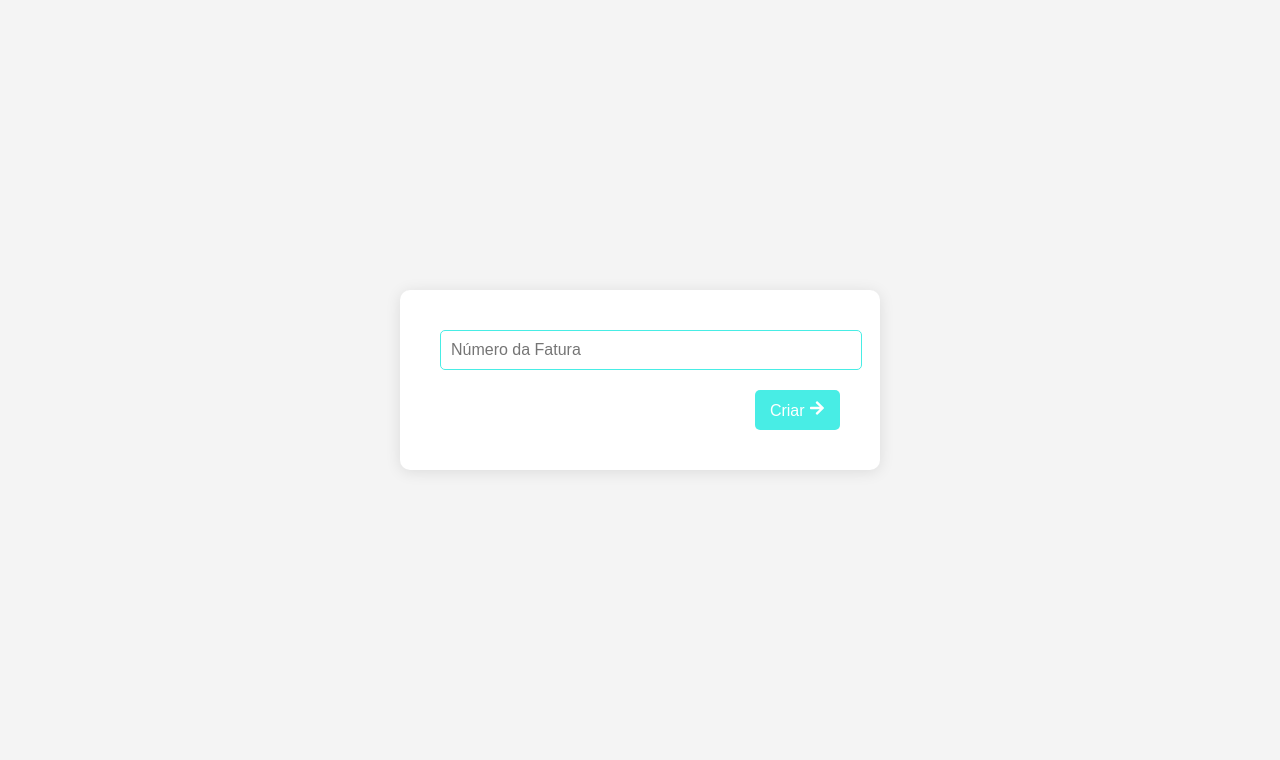
Repository: devthmedu/Invoice-Generator
Page: /
These files come from the project's save history. The page is drawn as it stood at one moment and after the next save; the edit follows.
The browser window is 1280 px wide. The pictures show the whole page.
The project was rebuilt for these pictures with package versions that can differ from the ones it lists, and the page was loaded fresh each time. Also part of the build but not shown: vite.config.js, src/Componete/Template.jsx.

Above is the page before, as saved 2024-07-16 19:08:54.

### index.html
<!DOCTYPE html>
<html lang="pt-BR">

<head>
  <meta charset="UTF-8" />
  <meta name="viewport" content="width=device-width, initial-scale=1.0" />
  <meta name="description" content="Gere sua fatura de forma simples e rápida com nosso gerador de faturas em React." />
  <meta name="keywords" content="fatura, gerador de faturas, React, financeiro" />
  <meta name="author" content="Thomas Eduardo" />
  <link rel="stylesheet" href="./src/App.css">
  <link rel="icon" href="./public/logo.png" />
  <title>Gere sua Fatura</title>
</head>


<body>
  <div id="root"></div>
  <script type="module" src="./src/main.jsx"></script>
</body>

</html>

### src/App.css
/* Importando fonte do Google Fonts */
@import url('https://fonts.googleapis.com/css2?family=Roboto:wght@400;700&display=swap');

body {
    font-family: 'Roboto', sans-serif;
    background-color: #f4f4f4; /* Cor de fundo suave */
    margin: 0;
    padding: 20px;
    color: #333; /* Cor de texto padrão */
}

.containers {
    display: flex;
    align-items: center;
    justify-content: center;
    min-height: 100vh; /* Ocupa toda a altura da tela */
}

.form {
    background: #ffffff; /* Fundo branco para o formulário */
    border-radius: 10px; /* Bordas arredondadas */
    box-shadow: 0 2px 15px rgba(0, 0, 0, 0.1);
    padding: 40px;
    width: 100%;
    max-width: 400px; /* Largura máxima do formulário */
}

.inputs {
    margin-bottom: 20px;
}

input {
    width: 100%;
    padding: 10px;
    border: 1px solid #48ede5; /* Cor do contorno */
    border-radius: 5px;
    font-size: 16px; /* Tamanho da fonte */
    transition: border-color 0.3s;
}

input:focus {
    border-color: #1E1F23; /* Mudança de cor ao focar */
    outline: none; /* Remove a borda padrão do foco */
}

.buttons {
    display: flex;
    justify-content: flex-end; /* Alinha o botão à direita */
}

button {
    background-color: #48ede5; /* Cor de fundo do botão */
    color: #ffffff; /* Cor do texto do botão */
    border: none;
    border-radius: 5px;
    padding: 10px 15px;
    font-size: 16px;
    cursor: pointer;
    transition: background 0.3s, transform 0.3s;
}

button:hover {
    background-color: #1E1F23; /* Cor do botão ao passar o mouse */
    transform: scale(1.05); /* Efeito de zoom */
}

button:disabled {
    background-color: #ccc; /* Cor do botão desabilitado */
    cursor: not-allowed; /* Cursor de não permitido */
}

### src/main.jsx
import React from 'react';
import ReactDOM from 'react-dom';
import App from './App';
import 'react-toastify/dist/ReactToastify.css';
import { ToastContainer } from 'react-toastify';

ReactDOM.render(
  <React.StrictMode>
    <ToastContainer />
    <App />
  </React.StrictMode>,
  document.getElementById('root'),
);

### src/App.jsx
import React, { useState, useEffect } from 'react';
import './App.css';
import TemplatePdf from './Componete/Template';
import { FaArrowRight } from 'react-icons/fa';
import { toast } from 'react-toastify';

function App() {
  const [numeroDaFatura, setNumeroDaFatura] = useState('');
  const [data, setData] = useState('');
  const [visualizar, setVisualizar] = useState(true);
  const [loading, setLoading] = useState(false);

  useEffect(() => {
    const atual = new Date();
    const dataFormatada = `${String(atual.getDate()).padStart(2, '0')}/${String(
      atual.getMonth() + 1,
    ).padStart(2, '0')}/${atual.getFullYear()}`;
    setData(dataFormatada);
  }, []);

  const criar = () => {
    if (!numeroDaFatura.match(/^[0-9]+$/)) {
      toast.error('Por favor, insira um número de fatura válido.');
      return;
    }
    setLoading(true);
    setTimeout(() => {
      toast.success('Fatura criada com sucesso!');
      setLoading(false);
      setVisualizar(false);
    }, 500); // Simulando um delay para uma chamada de API
  };

  return (
    <>
      {visualizar ? (
        <div className="containers">
          <div className="form">
            <div className="inputs">
              <input
                type="text"
                placeholder="Número da Fatura"
                value={numeroDaFatura}
                onChange={(e) => setNumeroDaFatura(e.target.value)}
                disabled={loading} // Desabilita o input durante o carregamento
              />
            </div>
            <div className="buttons">
              <button onClick={criar} disabled={loading}>
                {loading ? 'Criando...' : 'Criar'} <FaArrowRight />
              </button>
            </div>
          </div>
        </div>
      ) : (
        <TemplatePdf NumeroDaFatura={numeroDaFatura} data={data} />
      )}
    </>
  );
}

export default App;

### src/Componete/Template.css
.container {
    max-width: 800px;
    margin: 0 auto;
    padding: 20px;
    background: #ffffff;
    border-radius: 10px;
    box-shadow: 0 2px 15px rgba(0, 0, 0, 0.1);
}

.logo {
    text-align: center;
    margin-bottom: 20px;
}

.logo img {
    max-width: 100px;
}

h1 {
    text-align: center;
    color: #48ede5;
    font-size: 28px;
    margin-bottom: 20px;
}

.client-info {
    margin-bottom: 20px;
    font-size: 16px;
    color: #333;
}

.table {
    width: 100%;
    border-collapse: collapse;
    margin-top: 20px;
}

.table thead {
    background: #48ede5;
    color: #ffffff;
}

.table th, .table td {
    padding: 12px;
    text-align: left;
    border-bottom: 1px solid #ddd;
}

.table th {
    font-size: 1.1em;
}

.table tbody tr:hover {
    background: #f1f1f1;
}

.text-right {
    text-align: right;
}

.buttons {
    margin-top: 20px;
}

.buttons button {
    padding: 10px 15px;
    background: #48ede5;
    color: white;
    border: none;
    border-radius: 5px;
    cursor: pointer;
    transition: background 0.3s ease;
}

.buttons button:hover {
    background: #36c5d7;
}

.dialog-title {
    display: flex;
    justify-content: space-between;
    align-items: center;
}

.dialog-title .hed {
    font-size: 1.5em;
    font-weight: bold;
    color: #48ede5;
}

.icon-cross {
    cursor: pointer;
}

.forms {
    display: flex;
    flex-direction: column;
}

.forms input {
    width: 100%;
    padding: 10px;
    margin: 5px 0;
    border: 1px solid #ccc;
    border-radius: 5px;
    transition: border-color 0.3s;
}

.forms input:focus {
    border-color: #48ede5;
    outline: none;
}

.notes {
    margin-top: 20px;
    color: #333;
}

.notes strong {
    display: block;
    margin-bottom: 5px;
}
.actions {
    margin-top: 20px;
    display: flex;
    justify-content: space-between;
}

.actions button {
    background-color: #48ede5; /* Cor do botão */
    color: #ffffff; /* Cor do texto */
    border: none;
    border-radius: 5px;
    padding: 10px 15px;
    font-size: 16px;
    cursor: pointer;
    transition: background 0.3s, transform 0.3s;
}

.actions button:hover {
    background-color: #1E1F23; /* Cor ao passar o mouse */
    transform: scale(1.05); /* Efeito de zoom */
}

After the next save:
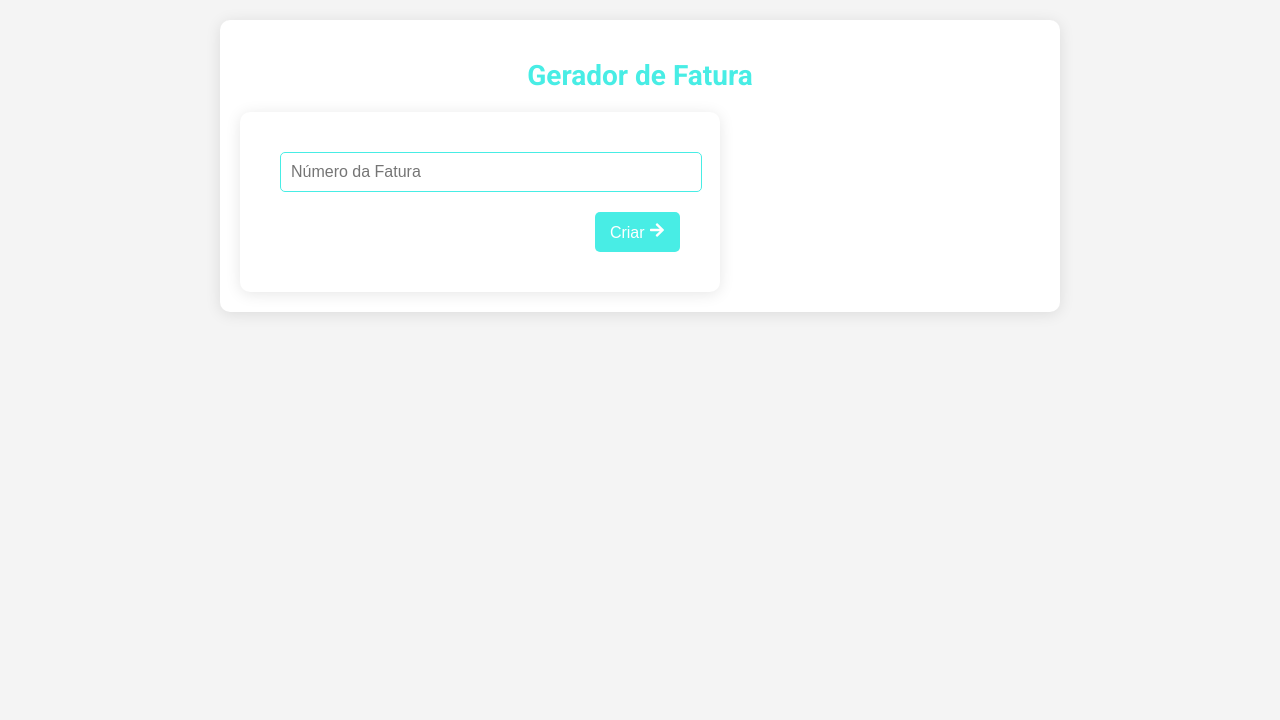
Saved 61 s later.
--- a/src/App.jsx
+++ b/src/App.jsx
@@ -34,7 +34,8 @@ function App() {
   return (
     <>
       {visualizar ? (
-        <div className="containers">
+        <div className="container">
+          <h1 className="title">Gerador de Fatura</h1>
           <div className="form">
             <div className="inputs">
               <input
